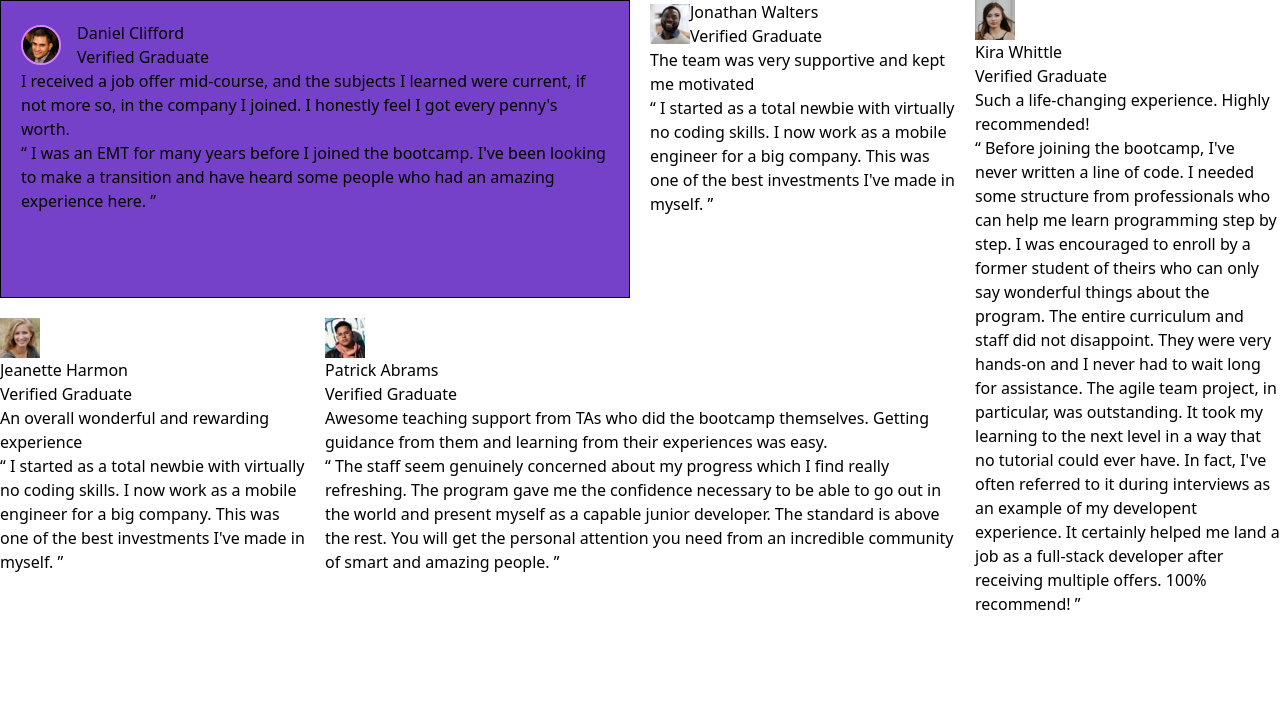
Repository: DiyBookOfLife/ps-FrontendMentor
Page: index.html
An editor plug-in stored every save of this project. The page is shown before and after the next save, followed by the edit.
The browser window is 1280 px wide. The pictures show the whole page.
Some web libraries are served in a nearby version.

Above is the page before, as saved 2026-01-02 14:34:23.

### index.html
<!DOCTYPE html>
<html lang="en">

<head>
  <meta charset="UTF-8">
  <meta name="viewport" content="width=device-width, initial-scale=1.0">
  <!-- displays site properly based on user's device -->

  <link rel="icon" type="image/png" sizes="32x32" href="./images/favicon-32x32.png">

  <title>Frontend Mentor | [Challenge Name Here]</title>

  <link rel="preconnect" href="https://fonts.googleapis.com">
  <link rel="preconnect" href="https://fonts.gstatic.com" crossorigin>
  <link href="https://fonts.googleapis.com/css2?family=Barlow+Semi+Condensed:ital,wght@0,100;0,200;0,300;0,400;0,500;0,600;0,700;0,800;0,900;1,100;1,200;1,300;1,400;1,500;1,600;1,700;1,800;1,900&display=swap" rel="stylesheet">

  <!-- <link rel="stylesheet" href="./styles.css"> -->
  <script src="https://cdn.tailwindcss.com"></script>
</head>

<body>
  <main>
    <section class="grid grid-cols-4 grid-rows-2 gap-[20px]">
      <div class="col-start-1 col-end-3 bg-[hsl(263,55%,52%)] border border-black p-5">

  <div class="flex items-center gap-4">
    <img  class="h-[40px] border-2 border-[rgb(219,132,250)] rounded-full"
      class="h-[40px]"
      src="./images/image-daniel.jpg"
      alt="picture of daniel"
    />

    <div class="flex flex-col justify-center">
      <div>Daniel Clifford</div>
      <div>Verified Graduate</div>
    </div>
  </div>

  <p>
    I received a job offer mid-course, and the subjects I learned were current,
    if not more so, in the company I joined. I honestly feel I got every penny's worth.
  </p>

  <p>
    “ I was an EMT for many years before I joined the bootcamp. I've been looking
    to make a transition and have heard some people who had an amazing experience here. ”
  </p>

</div>

      <div class="col-start-3 col-end-4">
        <div class="col-start-1 col-end-3">
        <div class="flex items-center">
          <img class="h-[40px] src=" src="/images/image-jonathan.jpg" alt="picture of jonathan">
          <div class="flex flex-col justify-center">
            <div>Jonathan Walters</div>
            <div>Verified Graduate</div>
          </div>
        </div>
        </div>

        <p>
          The team was very supportive and kept me motivated
        </p>

        <p>
          “ I started as a total newbie with virtually no coding skills. I now work as a mobile engineer
          for a big company. This was one of the best investments I've made in myself. ”
        </p>
      </div>



      <div class="card" id="jeanette_card">
        <div class="col-start-1 col-end-3">
          <img class="h-[40px]" src="./images/image-jeanette.jpg" alt="picture of jeanette">
          <div class="flex flex-col justify-center">
            <div>Jeanette Harmon</div>
            <div>Verified Graduate</div>
          </div>
        </div>

        <p>
          An overall wonderful and rewarding experience
        </p>

        <p>
          “ I started as a total newbie with virtually no coding skills. I now work as a mobile engineer
          for a big company. This was one of the best investments I've made in myself. ”
        </p>
      </div>


      <div class="col-start-2 col-end-4">
        <div class="col-start-1 col-end-3">
          <img class="h-[40px]" src="./images/image-patrick.jpg" alt="picture of patrick">
          <div class="flex flex-col justify-center">
            <div>Patrick Abrams</div>
            <div>Verified Graduate</div>
          </div>
        </div>

        <p>
          Awesome teaching support from TAs who did the bootcamp themselves. Getting guidance from them and
          learning from their experiences was easy.
        </p>

        <p>
          “ The staff seem genuinely concerned about my progress which I find really refreshing. The program
          gave me the confidence necessary to be able to go out in the world and present myself as a capable
          junior developer. The standard is above the rest. You will get the personal attention you need from
          an incredible community of smart and amazing people. ”
        </p>
      </div>



      <div class="col-start-4 col-end-5 row-start-1 row-end-3">
        <div class="profile">
          <img class="h-[40px]" src="./images/image-kira.jpg" alt="picture of kira">
          <div>
            <div>Kira Whittle</div>
            <div>Verified Graduate</div>
          </div>
        </div>

        <p>
          Such a life-changing experience. Highly recommended!
        </p>

        <p>
          “ Before joining the bootcamp, I've never written a line of code. I needed some structure from
          professionals who can help me learn programming step by step. I was encouraged to enroll by a former
          student of theirs who can only say wonderful things about the program. The entire curriculum and staff
          did not disappoint. They were very hands-on and I never had to wait long for assistance. The agile team
          project, in particular, was outstanding. It took my learning to the next level in a way that no tutorial
          could ever have. In fact, I've often referred to it during interviews as an example of my developent
          experience. It certainly helped me land a job as a full-stack developer after receiving multiple offers.
          100% recommend! ”
        </p>
      </div>

    </section>
  </main>
</body>

</html>

After the next save:
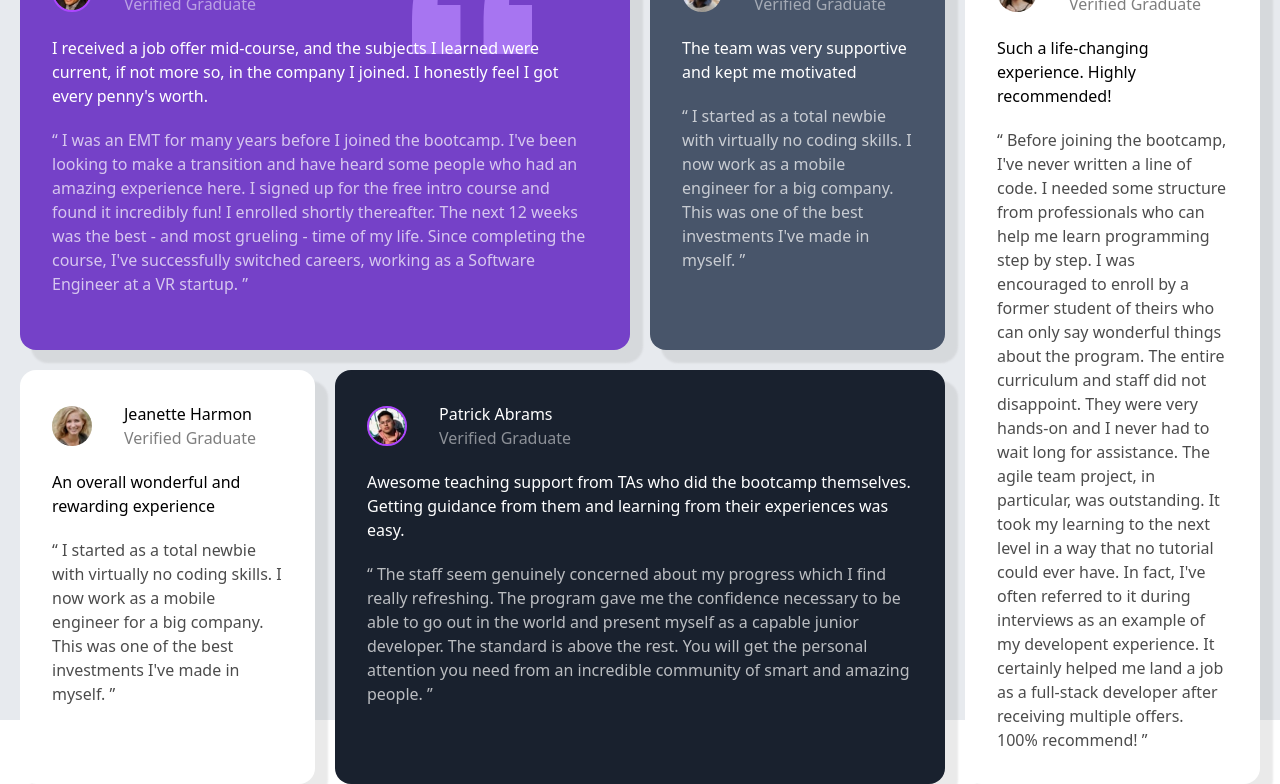
Saved 29 min 14 s later.
--- a/index.html
+++ b/index.html
@@ -15,55 +15,51 @@
   <link href="https://fonts.googleapis.com/css2?family=Barlow+Semi+Condensed:ital,wght@0,100;0,200;0,300;0,400;0,500;0,600;0,700;0,800;0,900;1,100;1,200;1,300;1,400;1,500;1,600;1,700;1,800;1,900&display=swap" rel="stylesheet">
 
   <!-- <link rel="stylesheet" href="./styles.css"> -->
-  <script src="https://cdn.tailwindcss.com"></script>
+  <script src="https://cdn.jsdelivr.net/npm/@tailwindcss/browser@4"></script>
+
 </head>
 
-<body>
-  <main>
-    <section class="grid grid-cols-4 grid-rows-2 gap-[20px]">
-      <div class="col-start-1 col-end-3 bg-[hsl(263,55%,52%)] border border-black p-5">
+<body class="h-full">
+  <main class="md:h-screen flex items-center justify-center p-5 bg-[hsl(214,17%,92%)]">
+    <section class="flex flex-col md:grid grid-cols-4 grid-rows-2 gap-[20px] max-w-[1300px]">
 
-  <div class="flex items-center gap-4">
-    <img  class="h-[40px] border-2 border-[rgb(219,132,250)] rounded-full"
-      class="h-[40px]"
-      src="./images/image-daniel.jpg"
-      alt="picture of daniel"
-    />
+      <div class="bg-size-[120px] bg-[80%_top] bg-no-repeat bg-[url(./images/bg-pattern-quotation.svg)] col-start-1 col-end-3 bg-[hsl(263,55%,52%)] text-white rounded-2xl p-8 shadow-[12px_12px_2px_1px_rgba(149,149,150,0.2)]">
+        <div class="flex items-center">
+          <img class="border-2 border-purple-500 h-[40px] rounded-full mr-8" src="./images/image-daniel.jpg" alt="picture of daniel">
+          <div class="flex flex-col justify-center">
+            <div>Daniel Clifford</div>
+            <div class="opacity-50">Verified Graduate</div>
+          </div>
+        </div>
 
-    <div class="flex flex-col justify-center">
-      <div>Daniel Clifford</div>
-      <div>Verified Graduate</div>
-    </div>
-  </div>
+        <p class="mt-5">
+          I received a job offer mid-course, and the subjects I learned were current, if not more so,
+          in the company I joined. I honestly feel I got every penny's worth.
+        </p>
 
-  <p>
-    I received a job offer mid-course, and the subjects I learned were current,
-    if not more so, in the company I joined. I honestly feel I got every penny's worth.
-  </p>
+        <p class="mt-5 opacity-70">
+          “ I was an EMT for many years before I joined the bootcamp. I've been looking to make a
+          transition and have heard some people who had an amazing experience here. I signed up
+          for the free intro course and found it incredibly fun! I enrolled shortly thereafter.
+          The next 12 weeks was the best - and most grueling - time of my life. Since completing
+          the course, I've successfully switched careers, working as a Software Engineer at a VR startup. ”
+        </p>
+      </div>
 
-  <p>
-    “ I was an EMT for many years before I joined the bootcamp. I've been looking
-    to make a transition and have heard some people who had an amazing experience here. ”
-  </p>
-
-</div>
-
-      <div class="col-start-3 col-end-4">
-        <div class="col-start-1 col-end-3">
+      <div class="bg-[hsl(217,19%,35%)] text-white rounded-2xl p-8 shadow-[12px_12px_2px_1px_rgba(149,149,150,0.2)]">
         <div class="flex items-center">
-          <img class="h-[40px] src=" src="/images/image-jonathan.jpg" alt="picture of jonathan">
+          <img class="h-[40px] rounded-full mr-8" src="./images/image-jonathan.jpg" alt="picture of jonathan">
           <div class="flex flex-col justify-center">
             <div>Jonathan Walters</div>
-            <div>Verified Graduate</div>
+            <div class="opacity-50">Verified Graduate</div>
           </div>
         </div>
-        </div>
 
-        <p>
+        <p class="mt-5">
           The team was very supportive and kept me motivated
         </p>
 
-        <p>
+        <p class="mt-5 opacity-70">
           “ I started as a total newbie with virtually no coding skills. I now work as a mobile engineer
           for a big company. This was one of the best investments I've made in myself. ”
         </p>
@@ -71,41 +67,41 @@
 
 
 
-      <div class="card" id="jeanette_card">
-        <div class="col-start-1 col-end-3">
-          <img class="h-[40px]" src="./images/image-jeanette.jpg" alt="picture of jeanette">
+      <div class="bg-[hsl(0,0%,100%)] rounded-2xl p-8 shadow-[12px_12px_2px_1px_rgba(149,149,150,0.2)]">
+        <div class="flex items-center">
+          <img class="h-[40px] rounded-full mr-8" src="./images/image-jeanette.jpg" alt="picture of jeanette">
           <div class="flex flex-col justify-center">
             <div>Jeanette Harmon</div>
-            <div>Verified Graduate</div>
+            <div class="opacity-50">Verified Graduate</div>
           </div>
         </div>
 
-        <p>
+        <p class="mt-5">
           An overall wonderful and rewarding experience
         </p>
 
-        <p>
+        <p class="mt-5 opacity-70">
           “ I started as a total newbie with virtually no coding skills. I now work as a mobile engineer
           for a big company. This was one of the best investments I've made in myself. ”
         </p>
       </div>
 
 
-      <div class="col-start-2 col-end-4">
-        <div class="col-start-1 col-end-3">
-          <img class="h-[40px]" src="./images/image-patrick.jpg" alt="picture of patrick">
+      <div class="col-start-2 col-end-4 bg-[hsl(219,29%,14%)] text-white rounded-2xl p-8 shadow-[12px_12px_2px_1px_rgba(149,149,150,0.2)]">
+        <div class="flex items-center">
+          <img class="border-2 border-purple-500 h-[40px] rounded-full mr-8" src="./images/image-patrick.jpg" alt="picture of patrick">
           <div class="flex flex-col justify-center">
             <div>Patrick Abrams</div>
-            <div>Verified Graduate</div>
+            <div class="opacity-50">Verified Graduate</div>
           </div>
         </div>
 
-        <p>
+        <p class="mt-5">
           Awesome teaching support from TAs who did the bootcamp themselves. Getting guidance from them and
           learning from their experiences was easy.
         </p>
 
-        <p>
+        <p class="mt-5 opacity-70">
           “ The staff seem genuinely concerned about my progress which I find really refreshing. The program
           gave me the confidence necessary to be able to go out in the world and present myself as a capable
           junior developer. The standard is above the rest. You will get the personal attention you need from
@@ -115,20 +111,20 @@
 
 
 
-      <div class="col-start-4 col-end-5 row-start-1 row-end-3">
-        <div class="profile">
-          <img class="h-[40px]" src="./images/image-kira.jpg" alt="picture of kira">
-          <div>
+      <div class="col-start-4 col-end-5 row-start-1 row-end-3 bg-[hsl(0,0%,100%)] rounded-2xl p-8 shadow-[12px_12px_2px_1px_rgba(149,149,150,0.2)]">
+        <div class="flex items-center">
+          <img class="h-[40px] rounded-full mr-8" src="./images/image-kira.jpg" alt="picture of kira">
+          <div class="flex flex-col justify-center">
             <div>Kira Whittle</div>
-            <div>Verified Graduate</div>
+            <div class="opacity-50">Verified Graduate</div>
           </div>
         </div>
 
-        <p>
+        <p class="mt-5">
           Such a life-changing experience. Highly recommended!
         </p>
 
-        <p>
+        <p class="mt-5 opacity-70">
           “ Before joining the bootcamp, I've never written a line of code. I needed some structure from
           professionals who can help me learn programming step by step. I was encouraged to enroll by a former
           student of theirs who can only say wonderful things about the program. The entire curriculum and staff
